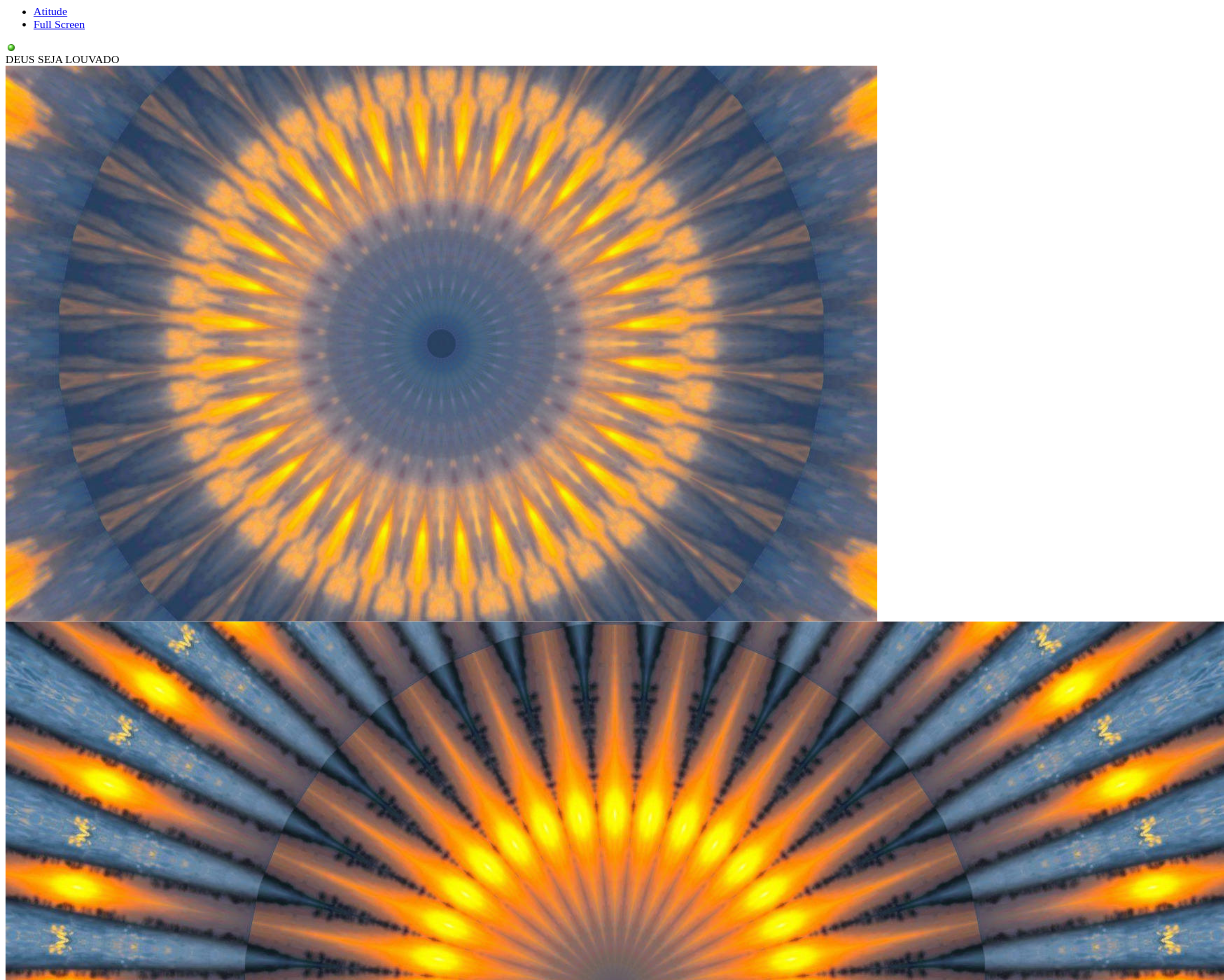
Repository: araguaci/mandala
Page: http://localhost/menu.php
The author's editor kept a copy of each file at every save. The page is drawn from the files as they stood at one save, then again after the next save.
The browser window is 1280 px wide. The page is 1749 px wide, so the pictures cover 1749 px, including what lies to the right of the window. The pictures show the part of the page from y = 0 to 1400 px (the page is 36258 px tall before and 36240 px after), at 70% of full size.
The page is run by PHP 8.4 with error messages shown; the project is at /var/www/html/.

Above is the page before, as saved 2020-09-11 20:52:23.
Console error: ReferenceError: $ is not defined

### menu.php
<?php ?>
<offcanvas>
    <ul>
        <li><a class="gn-icon gn-icon-pictures" href="../atitude/">Atitude</a></li>
        <li><a class="gn-icon gn-icon-cog" href="#" onclick="toggleFullScreen();">Full Screen</a></li>
    </ul>
</offcanvas>
<a href="#toggle-canvas" class="toggle-canvas"><img src="../css/ball_green.png"></a>
<div id="messages" class="toggle-canvas messages">DEUS SEJA LOUVADO</div>
<main>
    <div class='container'>
        <?php
        // Affichage de la liste des dossiers non énumérés plus haut ( = projets ).
        $list_ignore = array('.', '..');
        $handle = opendir("./images/.");
        $cnt = 0;
        while ($file = readdir($handle)) {
            $cnt++;
            if (!in_array($file, $list_ignore)) {
                echo '
      <img src="./images/' . $file . '" alt="">';
            }
        }
        closedir($handle);
        echo $cnt;
        ?>
    </div>
    <script>
        function toggleFullScreen() {
            if (!document.fullscreenElement && // alternative standard method
                    !document.mozFullScreenElement && !document.webkitFullscreenElement && !document.msFullscreenElement) {  // current working methods
                if (document.documentElement.requestFullscreen) {
                    document.documentElement.requestFullscreen();
                } else if (document.documentElement.msRequestFullscreen) {
                    document.documentElement.msRequestFullscreen();
                } else if (document.documentElement.mozRequestFullScreen) {
                    document.documentElement.mozRequestFullScreen();
                } else if (document.documentElement.webkitRequestFullscreen) {
                    document.documentElement.webkitRequestFullscreen(Element.ALLOW_KEYBOARD_INPUT);
                }
            } else {
                if (document.exitFullscreen) {
                    document.exitFullscreen();
                } else if (document.msExitFullscreen) {
                    document.msExitFullscreen();
                } else if (document.mozCancelFullScreen) {
                    document.mozCancelFullScreen();
                } else if (document.webkitExitFullscreen) {
                    document.webkitExitFullscreen();
                }
            }
        }
    </script>
    <script type="text/javascript">
        var auto_refresh = setInterval(
            function () {
                $('#messages').load('../messages.php?q='+GetRanom()).fadeIn("slow");
            }, 3000
        ); // refresh every 10000 milliseconds
        function GetRanom() {
            var x = Math.floor((Math.random() * 105) + 1);
            return x;
        }
    </script>
</main>

After the next save:
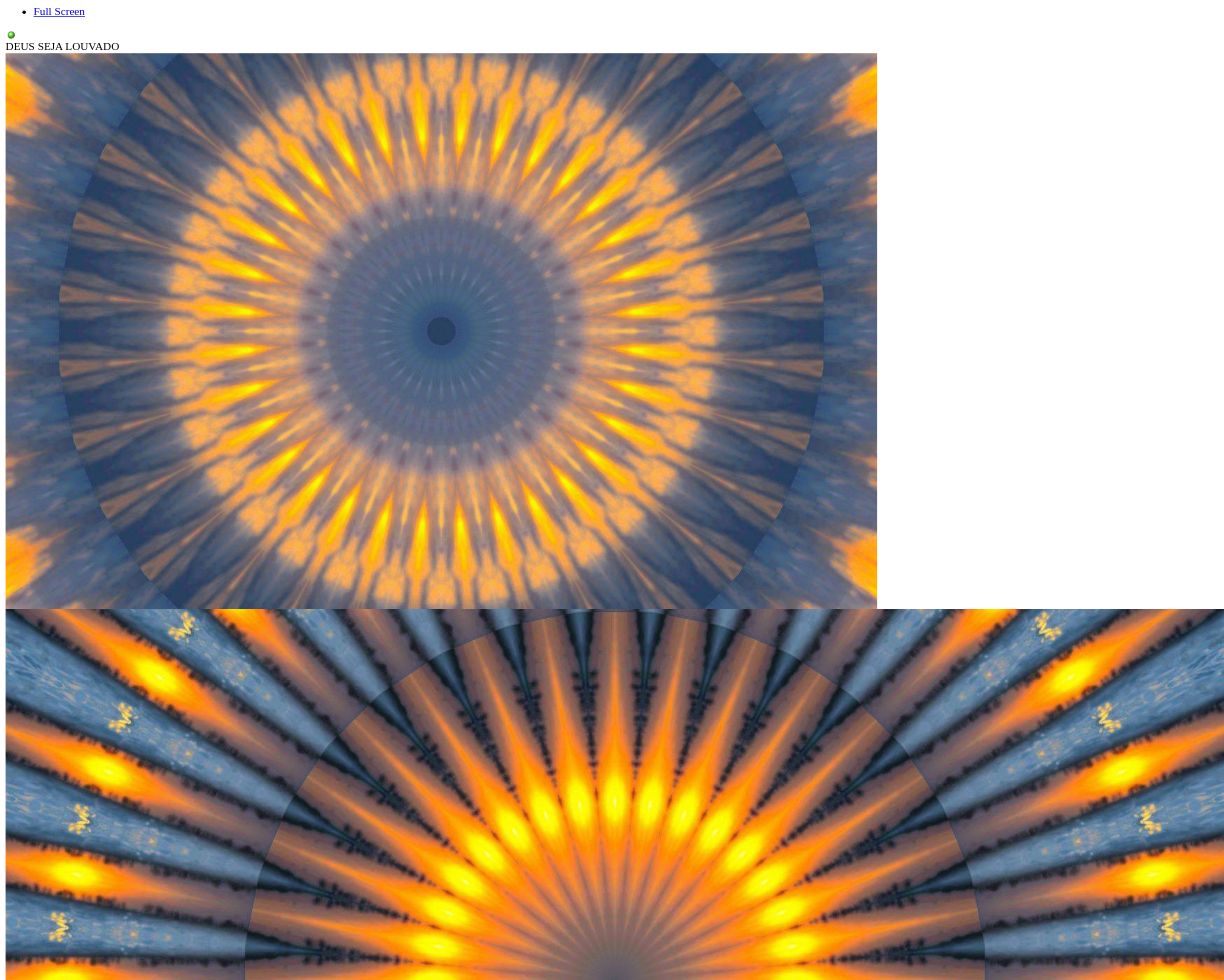
Saved 60 s later.
--- a/menu.php
+++ b/menu.php
@@ -1,7 +1,6 @@
 <?php ?>
 <offcanvas>
     <ul>
-        <li><a class="gn-icon gn-icon-pictures" href="../atitude/">Atitude</a></li>
         <li><a class="gn-icon gn-icon-cog" href="#" onclick="toggleFullScreen();">Full Screen</a></li>
     </ul>
 </offcanvas>
